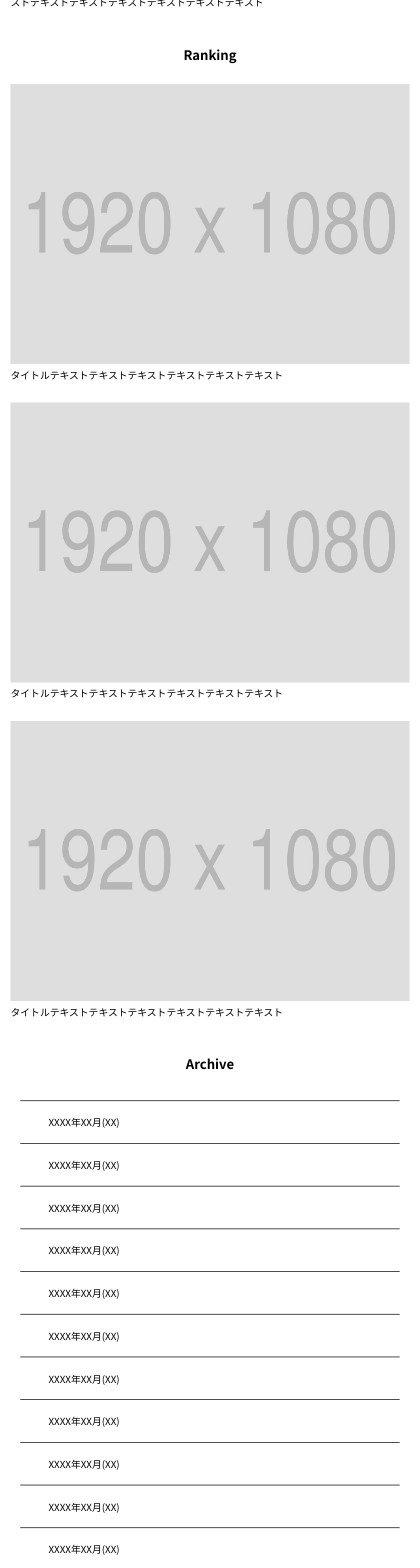
Repository: n19880405nick/challenge
Page: Codestep/Blog/blog.html
The author's editor kept a record of every edit. The page is drawn from the files as they stood at one moment, then again after the next edit.
The browser window is 600 px wide. The pictures show the part of the page from y = 4260 to 6500 px (the page is 7858 px tall), at 70% of full size.

Above is the page before.

### Codestep/Blog/blog.html
<!DOCTYPE html>
<html lang="ja">
  <head>
    <meta charset="UTF-8">
    <meta name="viewport" content="width=device-width, initial-scale=1.0">
    <title>Blog</title>
    <link rel="stylesheet" href="blog.css">
    <link rel="shortcut icon" href="img/favicon.ico">
    <link rel="preconnect" href="https://fonts.googleapis.com">
    <link rel="preconnect" href="https://fonts.gstatic.com" crossorigin>
    <link href="https://fonts.googleapis.com/css2?family=Noto+Sans&family=Noto+Sans+JP&display=swap" rel="stylesheet">
  </head>

  <body>
    <header>
      <div id="logo">
        <a href=""><img class="logo" src="img/logo.svg"></a>
      </div>
      <nav>
        <ul>
          <li><a href="">NEW</a></li>
          <li><a href="">COLUMN</a></li>
          <li><a href="">SERIES</a></li>
          <li><a href="">Q&A</a></li>
          <li><a href="">CONTACT</a></li>
        </ul>
      </nav>
    </header>

    <div id="pickup">
      <article class="pickup">
        <img class="pickup-image" src="img/pickup1.jpg">
        <h4 class="pickup-title">タイトルテキストテキストテキストテキストテキストテキストテキスト</h4>
        <div class="readmore">
          <a href="">READ MORE</a>
        </div>
      </article>
      <article class="pickup">
        <img class="pickup-image" src="img/pickup2.jpg">
        <h4 class="pickup-title">タイトルテキストテキストテキストテキストテキストテキストテキスト</h4>
        <div class="readmore">
          <a href="">READ MORE</a>
        </div>
      </article>
      <article class="pickup">
        <img class="pickup-image" src="img/pickup3.jpg">
        <h4 class="pickup-title">タイトルテキストテキストテキストテキストテキストテキストテキスト</h4>
        <div class="readmore">
          <a href="">READ MORE</a>
        </div>
      </article>
    </div>

    <div id="container">
      <main>
        <article class="main">
          <a href=""><h2>タイトルテキストテキストテキストテキストテキスト</h2></a>
          <ul>
            <li><time datetime="2020-1-1">2020/01/01</time></li>
            <li>カテゴリ1</li>
          </ul>
          <img class="main-visual" src="img/main1.jpg">
          <p class="main-text">
            本文テキストテキストテキストテキストテキストテキストテキストテキスト
            テキストテキストテキストテキストテキストテキストテキストテキストテキスト
            テキストテキストテキストテキストテキストテキストテキストテキストテキスト
          </p>
          <div class="readmore">
            <a href="">READ MORE</a>
          </div>
        </article>
        <article class="main">
          <a href=""><h2>タイトルテキストテキストテキストテキストテキスト</h2></a>
          <ul>
            <li><time datetime="2020-1-1">2020/01/01</time></li>
            <li>カテゴリ1</li>
          </ul>
          <img class="main-visual" src="img/main2.jpg">
          <p class="main-text">
            本文テキストテキストテキストテキストテキストテキストテキストテキスト
            テキストテキストテキストテキストテキストテキストテキストテキストテキスト
            テキストテキストテキストテキストテキストテキストテキストテキストテキスト
          </p>
          <div class="readmore">
            <a href="">READ MORE</a>
          </div>
        </article>
        <article class="main">
          <a href=""><h2>タイトルテキストテキストテキストテキストテキスト</h2></a>
          <ul>
            <li><time datetime="2020-1-1">2020/01/01</time></li>
            <li>カテゴリ1</li>
          </ul>
          <img class="main-visual" src="img/main3.jpg">
          <p class="main-text">
            本文テキストテキストテキストテキストテキストテキストテキストテキスト
            テキストテキストテキストテキストテキストテキストテキストテキストテキスト
            テキストテキストテキストテキストテキストテキストテキストテキストテキスト
          </p>
          <div class="readmore">
            <a href="">READ MORE</a>
          </div>
        </article>
      </main>

      <aside>
        <section class="profile">
          <div class="profile-image"></div>
          <h3 class="title">Name Name</h3>
          <p class="profile-text">
            プロフィールテキストテキストテキストテキストテキストテキストテキスト
            テキストテキストテキストテキストテキストテキストテキストテキストテキスト
            テキストテキストテキストテキストテキストテキストテキストテキストテキスト
          </p>
        </section>
        <article class="ranking">
          <h3 class="title">Ranking</h3>
          <a href="">
            <img class="ranking-image" src="img/ranking1.jpg">
            <p class="ranking-text">タイトルテキストテキストテキストテキストテキストテキスト</p>
          </a>
          <a href="">
            <img class="ranking-image" src="img/ranking2.jpg">
            <p class="ranking-text">タイトルテキストテキストテキストテキストテキストテキスト</p>
          </a>
          <a href="">
            <img class="ranking-image" src="img/ranking3.jpg">
            <p class="ranking-text">タイトルテキストテキストテキストテキストテキストテキスト</p>
          </a>
        </article>
        <div class="archive">
          <h3 class="title">Archive</h3>
          <ul class="archive-list">
            <li class="archive-list-item">
              <a href=""><p>XXXX年XX月(XX)</p></a>
            </li>
            <li class="archive-list-item">
              <a href=""><p>XXXX年XX月(XX)</p></a>
            </li>
            <li class="archive-list-item">
              <a href=""><p>XXXX年XX月(XX)</p></a>
            </li>
            <li class="archive-list-item">
              <a href=""><p>XXXX年XX月(XX)</p></a>
            </li>
            <li class="archive-list-item">
              <a href=""><p>XXXX年XX月(XX)</p></a>
            </li>
            <li class="archive-list-item">
              <a href=""><p>XXXX年XX月(XX)</p></a>
            </li>
            <li class="archive-list-item">
              <a href=""><p>XXXX年XX月(XX)</p></a>
            </li>
            <li class="archive-list-item">
              <a href=""><p>XXXX年XX月(XX)</p></a>
            </li>
            <li class="archive-list-item">
              <a href=""><p>XXXX年XX月(XX)</p></a>
            </li>
            <li class="archive-list-item">
              <a href=""><p>XXXX年XX月(XX)</p></a>
            </li>
            <li class="archive-list-item">
              <a href=""><p>XXXX年XX月(XX)</p></a>
            </li>
            <li class="archive-list-item">
              <a href=""><p>XXXX年XX月(XX)</p></a>
            </li>
            <li class="archive-list-item">
              <a href=""><p>XXXX年XX月(XX)</p></a>
            </li>
            <li class="archive-list-item">
              <a href=""><p>XXXX年XX月(XX)</p></a>
            </li>
            <li class="archive-list-item">
              <a href=""><p>XXXX年XX月(XX)</p></a>
            </li>
          </ul>
        </div>
      </aside>

    </div>

    <footer>
      <div class="footer-contents">
        <section class="about">
          <h4 class="footer-title">About</h4>
          <p>
            テキストテキストテキストテキストテキストテキストテキストテキストテキストテキスト
            テキストテキストテキストテキストテキストテキストテキストテキストテキストテキスト
            テキストテキストテキストテキストテキストテキストテキストテキストテキストテキスト
          </p>
          <ul>
            <li><a href="">プロフィール詳細</a></li>
            <li><a href="">お仕事の依頼</a></li>
            <li><a href="">お問い合わせ</a></li>
          </ul>
        </section>
        <section class="menu">
          <h4 class="footer-title">Menu</h4>
          <ul>
            <li><a href="">NEW</a></li>
            <li><a href="">CATEGORY</a></li>
            <li><a href="">COLUMN</a></li>
            <li><a href="">SERIES</a></li>
            <li><a href="">Q&A</a></li>
          </ul>
        </section>
        <section class="twitter">
          <h4 class="footer-title">Twitter</h4>
          <a class="twitter-timeline" data-height="300" href="https://twitter.com/TwitterJP?ref_src=twsrc%5Etfw">Tweets by TwitterJP</a>
          <script async src="https://platform.twitter.com/widgets.js" charset="utf-8"></script>
        </section>
      </div>
      <span class="copyright">© Travel & Blog</span>
    </footer>
  </body>

</html>

### Codestep/Blog/blog.css
*{
  margin: 0;
  padding: 0;
  box-sizing: border-box;
}

body{
  font-family: 'Noto Sans JP', 'Noto Sans', sans-serif;
}

header{
  width: 100%;
  position: fixed;
  background-color: white;
  z-index: 10;
}

#logo{
  width: 1200px;
  margin: 0 auto;
}

.logo{
  width: 150px;
  height: 70px;
}

nav{
  width: 100%;
  background-color: #333;
}

ul, #pickup, #container{
  width: 1200px;
  display: flex;
  margin: 0 auto;
}

li{
  list-style: none;
  margin: 10px 30px;
}

header li:nth-child(1){
  margin-left: 0;
}

a{
  text-decoration: none;
  color: black;
}

header a{
  color: white;
}


.pickup{
  margin: 150px 0 100px;
}

.pickup:nth-child(2){
  margin: 150px 20px 100px;
}

.pickup-image{
  width: 380px;
  height: 220px;
}

.readmore{
  margin-top: 20px;
  text-align: center;
}

.readmore a{
  font-size: 15px;
  position: relative;
}

.readmore a::after{
  content: '';
  position: absolute;
  height: 1px;
  width: 100%;
  left: 0;
  bottom: 0;
  background: #333;
  transition: all 200ms ease;
}

.readmore a:hover::after {
  opacity: 0;
  transform: translateY(3px);
}

.main{
  width: 800px;
  margin-bottom: 100px;
}

.main li{
  margin-left: 0;
}

.main-visual{
  width: 780px;
  height: 400px;
}

.main-text{
  padding: 10px 30px;
}

aside{
  margin-left: 30px;
  width: 370px;
  padding-right: 16px;
}

.profile, .ranking{
  margin-bottom: 50px;
}

.profile-image{
  width: 120px;
  height: 120px;
  background-image: url("img/author.jpg");
  background-size: cover;
  background-position: center;
  border-radius: 50%;
  margin: 0 auto;
}

.title{
  margin: 30px auto;
  text-align: center;
}

.profile-text, .ranking-text{
  font-size: 14px;
  margin-bottom: 30px;
}

.ranking-image{
  width: 350px;
  height: 200px;
}

.archive-list{
  display: flex;
  flex-direction: column;
}

.archive-list-item{
  width: 350px;
  padding: 0 40px 20px;
  margin-left: 0;
  font-size: 14px;
  border-bottom: solid 1px black;
}

.archive-list-item:first-child{
  padding-top: 20px;
  border-top: solid 1px black;
}

footer{
  margin-top: 100px;
  width: 100%;
  background-color: #f7f7f7;
  font-size: 14px;
  display: flex;
  flex-direction: column;
  align-items: center;
}

.footer-contents{
  width: 1200px;
  margin: 50px auto;
  display: flex;
}

.about, .menu, .twitter{
  width: 380px;
}

.footer-title{
  margin-bottom: 30px;
  font-size: 20px;
}

.about ul, .menu ul{
  display: flex;
  flex-direction: column;
}

.about ul{
  margin-top: 30px;
}

.about li{
  margin-left: 0;
  position: relative;
  padding-left: 15px;
}

.about li::before{
  content: "";
  position: absolute;
  top: 5px;
  left: 0px;
  border: 6px solid transparent;
  border-left: 10px solid black;
}

.menu{
  margin: 0 30px;
}

.menu li{
  width: 360px;
  margin-left: 0;
  padding: 0 20px 20px;
  border-bottom: solid 1px black;
}

.menu li:first-child{
  padding-top: 20px;
  border-top: solid 1px black;
}

.copyright{
  margin-bottom: 30px;
  font-size: 12px;
}

@media screen and (max-width: 767px){

  #pickup,#container{
    width: 100%;
    margin: 0 auto;
  }

  #logo, ul{
    width: 95%;
    margin: 0 auto;
  }

  #pickup, #container, .footer-contents{
    flex-direction: column;
  }

  .pickup-image, .main-visual, .ranking-image{
    width: 95vw;
    height: 400px;
    margin: 0 auto;
  }

  .pickup, .pickup:nth-child(2){
    margin: 30px auto;
  }

  .pickup:first-child{
    margin-top: 150px;
  }

  #container{
    margin-top: 100px;
  }

  .main{
    margin: 0 auto 50px;
    width: 95%;
  }

  .main ul, .main .readmore{
    width: 100%;
  }

  .main-text{
   width: 100%;
   margin: 0;
  }

  aside{
    margin:0 auto;
    width: 95%;
    padding-right: 0;
  }

  .archive-list-item{
    width: 100%;
  }

  .footer-contents{
    width: 100%;
  }

  .about, .menu, .twitter{
    width: 95%;
    margin: 20px auto;
  }

  .menu li{
    width: 100%;
  }

}

After the next edit:
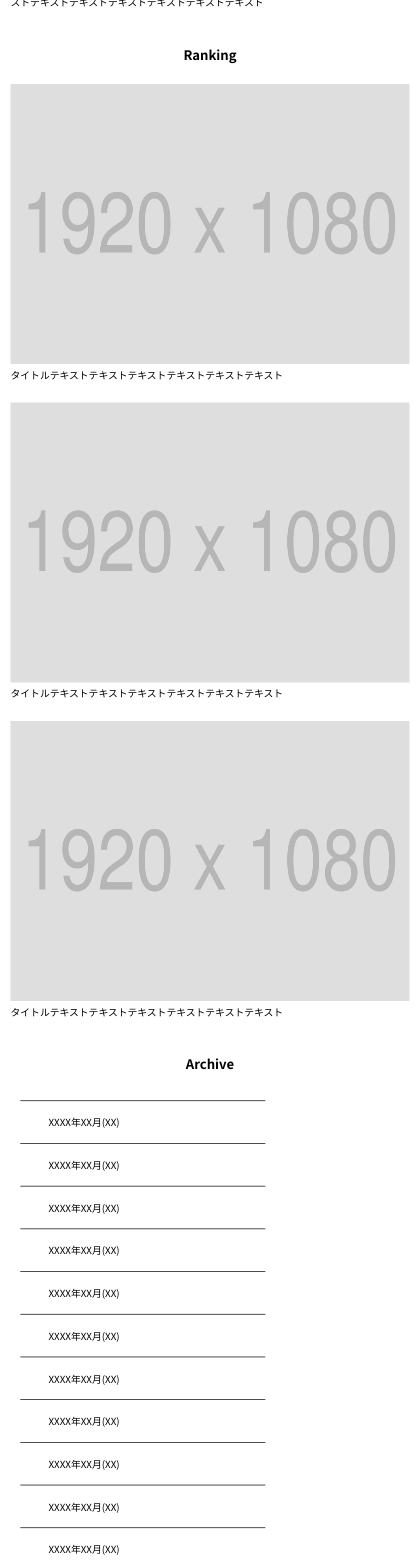
The edit:
--- a/Codestep/Blog/blog.css
+++ b/Codestep/Blog/blog.css
@@ -289,7 +289,7 @@
     padding-right: 0;
   }
 
-  .archive-list-item{
+  {
     width: 100%;
   }
 

After the edit that followed:
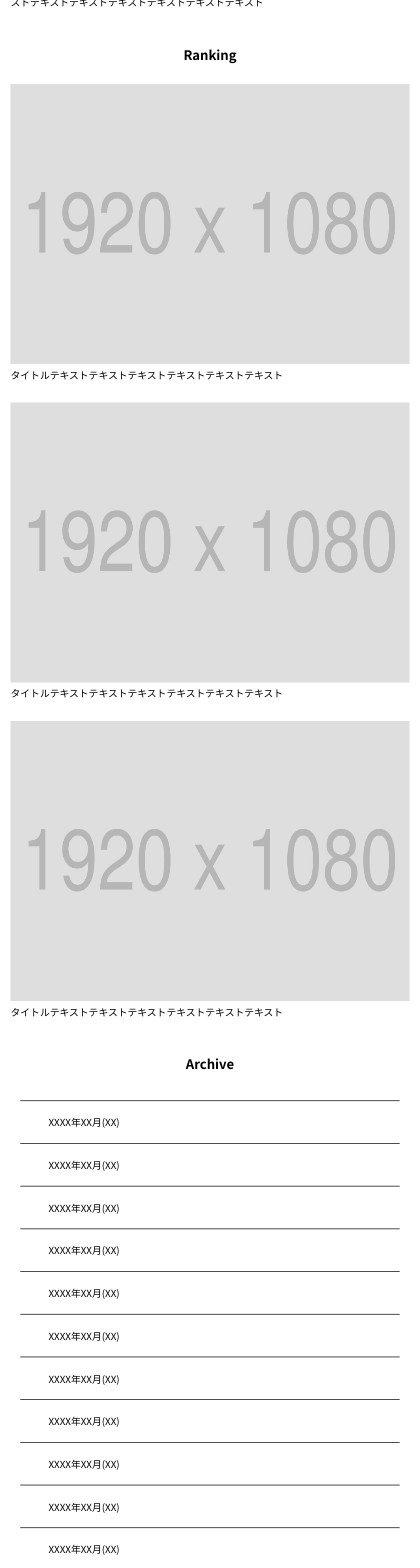
The edit:
--- a/Codestep/Blog/blog.css
+++ b/Codestep/Blog/blog.css
@@ -274,7 +274,7 @@
     width: 95%;
   }
 
-  .main ul, .main .readmore{
+  .main ul, .main .readmore, .archive-list-item{
     width: 100%;
   }
 
